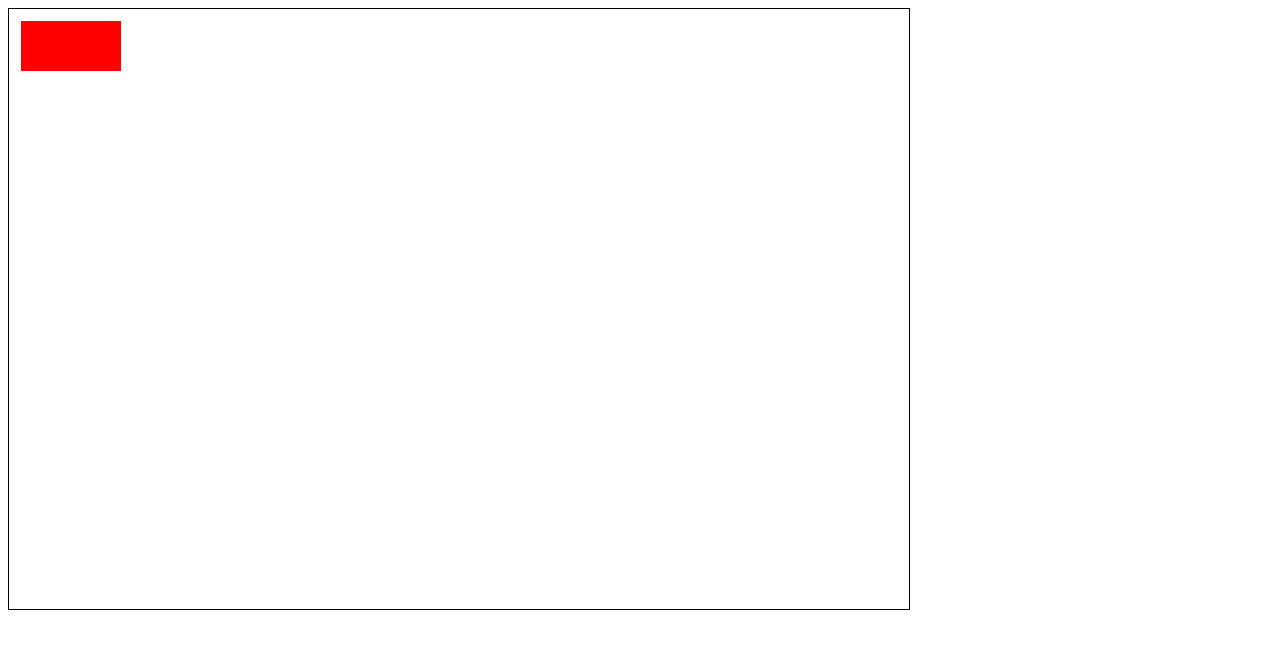
Repository: Loetitia27006/snake
Page: index.html
An editor plug-in stored every save of this project. The page is shown before and after the next save, followed by the edit.
The browser window is 1280 px wide. The pictures show the whole page.

Above is the page before, as saved 2023-03-22 11:47:59.

After the next save:
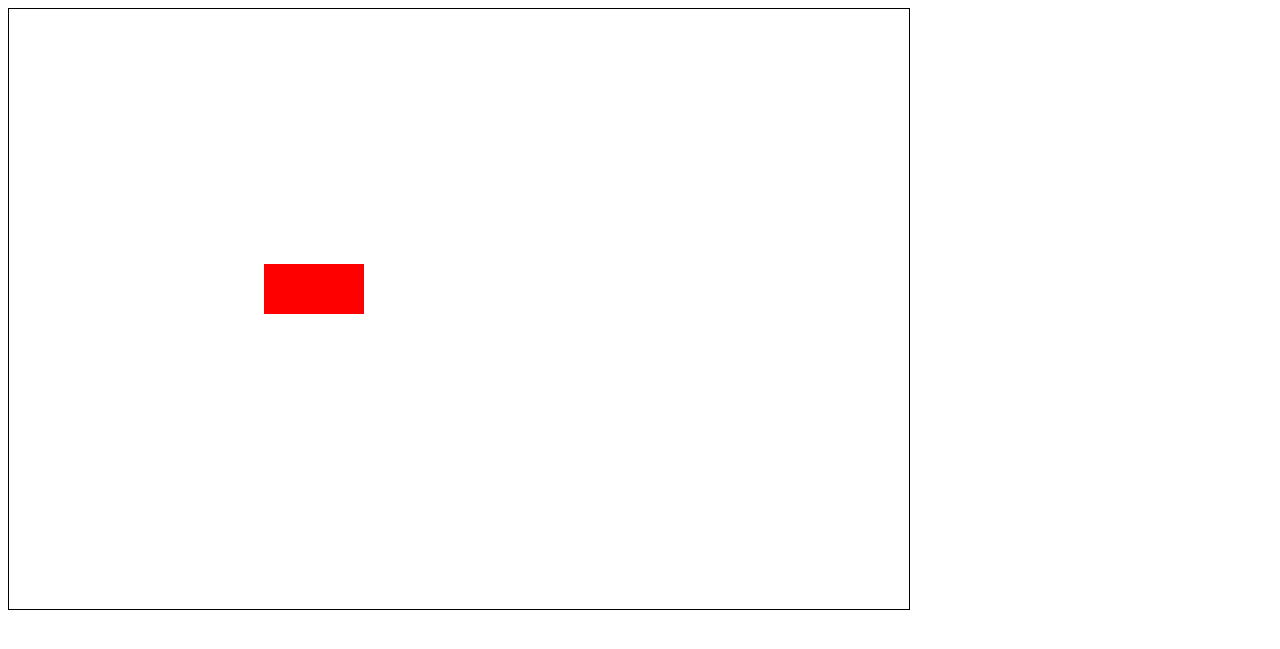
Saved 52 s later.
--- a/script.js
+++ b/script.js
@@ -1,7 +1,7 @@
 window.onload = function(){
     var canvas;
     var ctx;
-    var delay = 1000;
+    var delay = 100;
     var xCoord = 0;
     var yCoord = 0;
 
@@ -18,8 +18,8 @@ window.onload = function(){
     }
 
     function refreshCanvas() {
-         xCoord += 2;
-         yCoord += 2;
+         xCoord += 5;
+         yCoord += 5;
          ctx.clearRect(0, 0, canvas.width, canvas.height);
          ctx.fillStyle = "#FF0000";
          ctx.fillRect(xCoord, yCoord, 100, 50);
